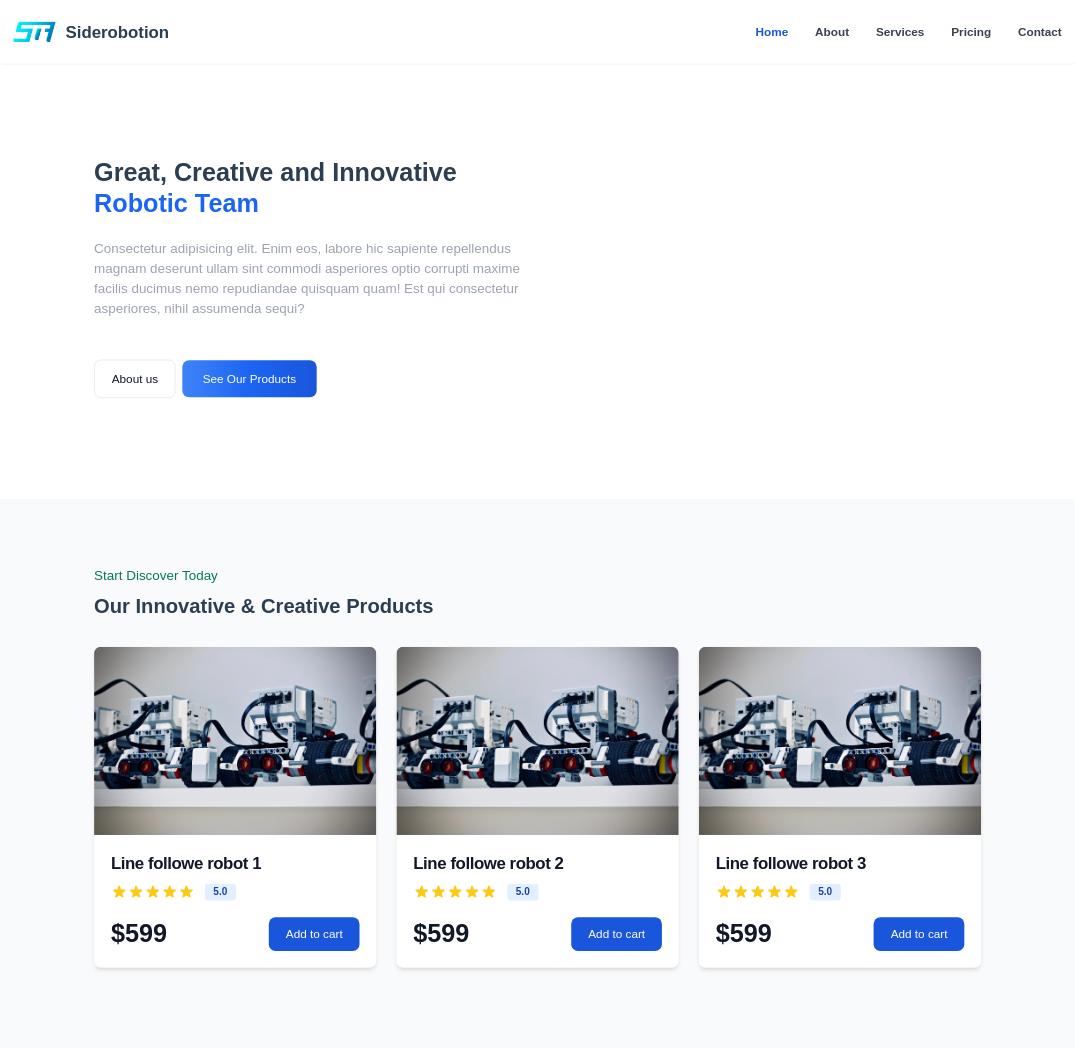
Repository: khulqu15/siderobotion
Page: /
These files come from the project's save history. The page is drawn as it stood at one moment and after the next save; the edit follows.
The browser window is 1280 px wide. The pictures show the whole page, at 84% of full size.
The project was rebuilt for these pictures with package versions that can differ from the ones it lists, and the page was loaded fresh each time. Also part of the build but not shown: vue.config.js.

Above is the page before, as saved 2022-06-12 02:34:15.

After the next save:
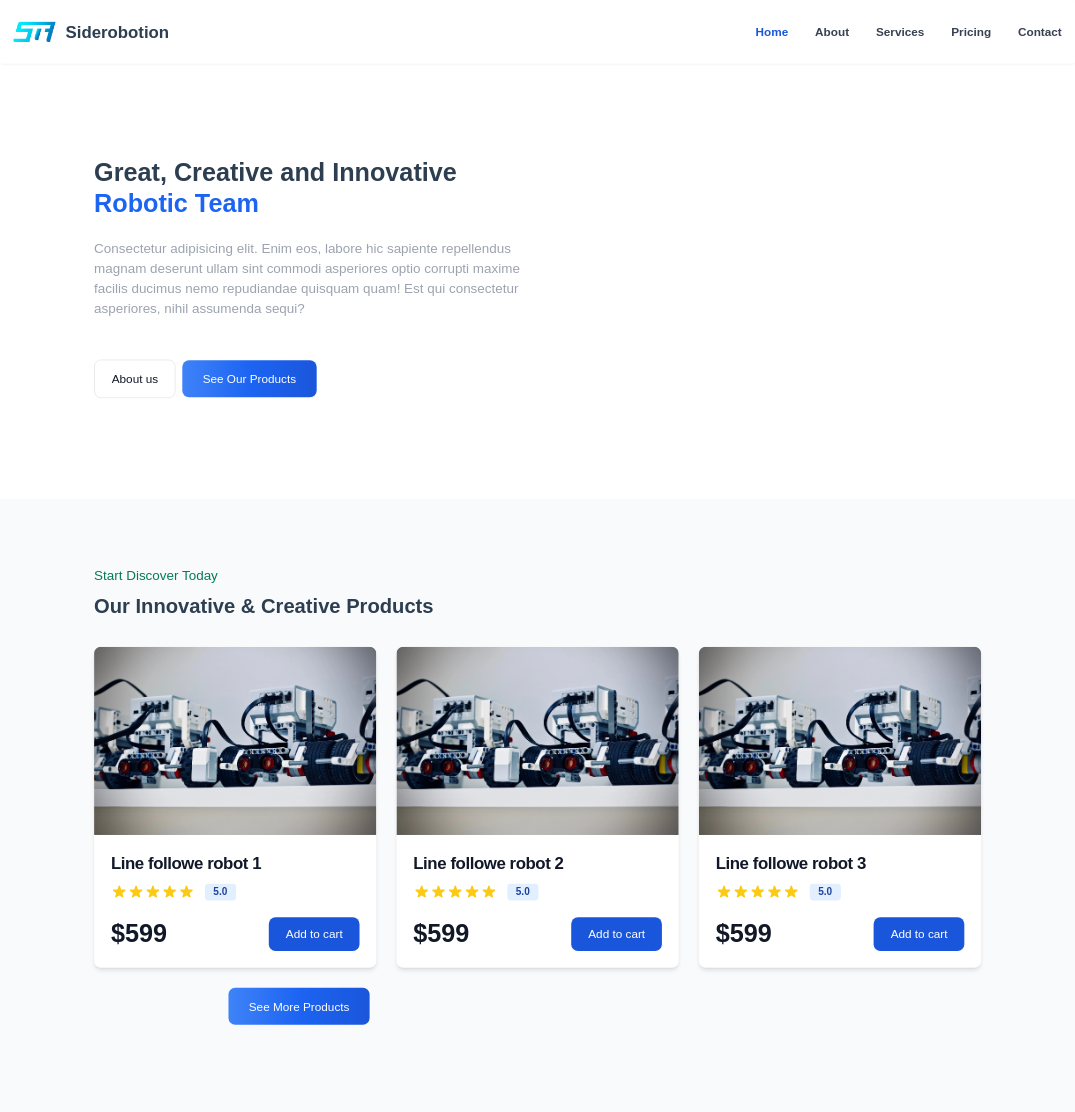
Saved 35 s later.
--- a/src/views/HomeView.vue
+++ b/src/views/HomeView.vue
@@ -40,6 +40,9 @@
             </div>
           </div>
         </div>
+        <div class="text-right">
+          <button type="button" class="text-white bg-gradient-to-r from-blue-500 via-blue-600 to-blue-700 hover:bg-gradient-to-br focus:ring-4 focus:outline-none focus:ring-blue-300 dark:focus:ring-blue-800 font-medium rounded-lg text-sm px-6 py-3 text-center mr-2 mb-2">See More Products</button>
+        </div>
       </div>
     </div>
   </web-layout>
